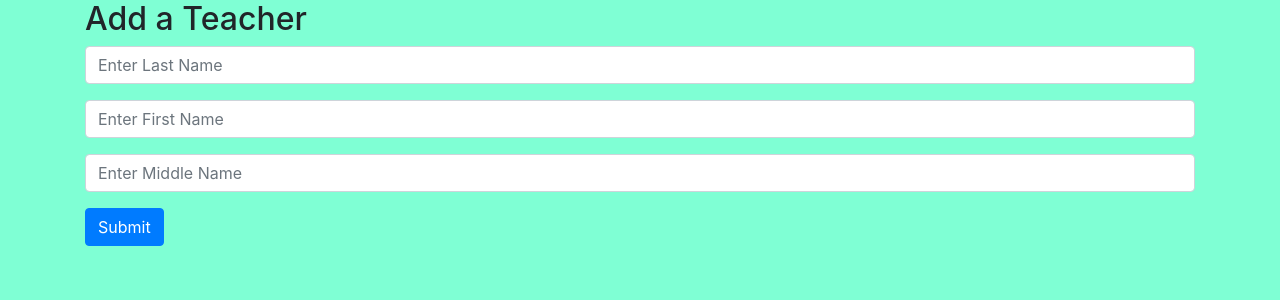
Repository: iyabcd/CS2240
Page: http://localhost/add
The author's editor kept a copy of each file at every save. The page is drawn from the files as they stood at one save, then again after the next save.
The browser window is 1280 px wide. The pictures show the whole page.
The page is served by the project's Node server (paa4.1/app.js).

Above is the page before, as saved 2022-03-07 21:56:04.

After the next save:
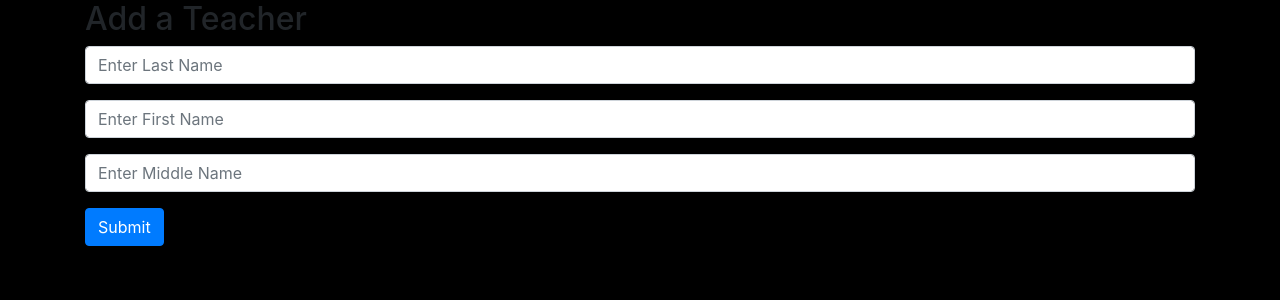
Saved 16 s later.
--- a/paa4.1/public/styles.css
+++ b/paa4.1/public/styles.css
@@ -3,5 +3,5 @@
     padding: 0;
 }
 body {
-    background-color: aquamarine;
+    background-color: rgb(0, 0, 0);
 }
